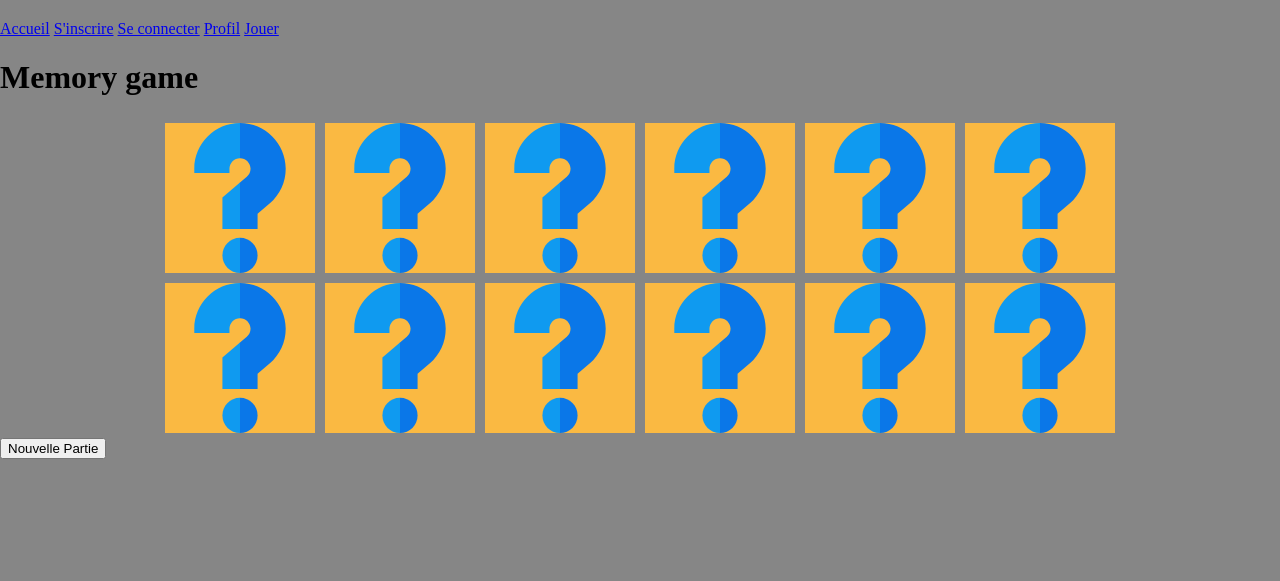
Repository: Ludmilla06/memory-game
Page: game.html
An editor plug-in stored every save of this project. The page is shown before and after the next save, followed by the edit.
The browser window is 1280 px wide. The pictures show the whole page.

Above is the page before, as saved 2025-10-22 16:20:18.

After the next save:
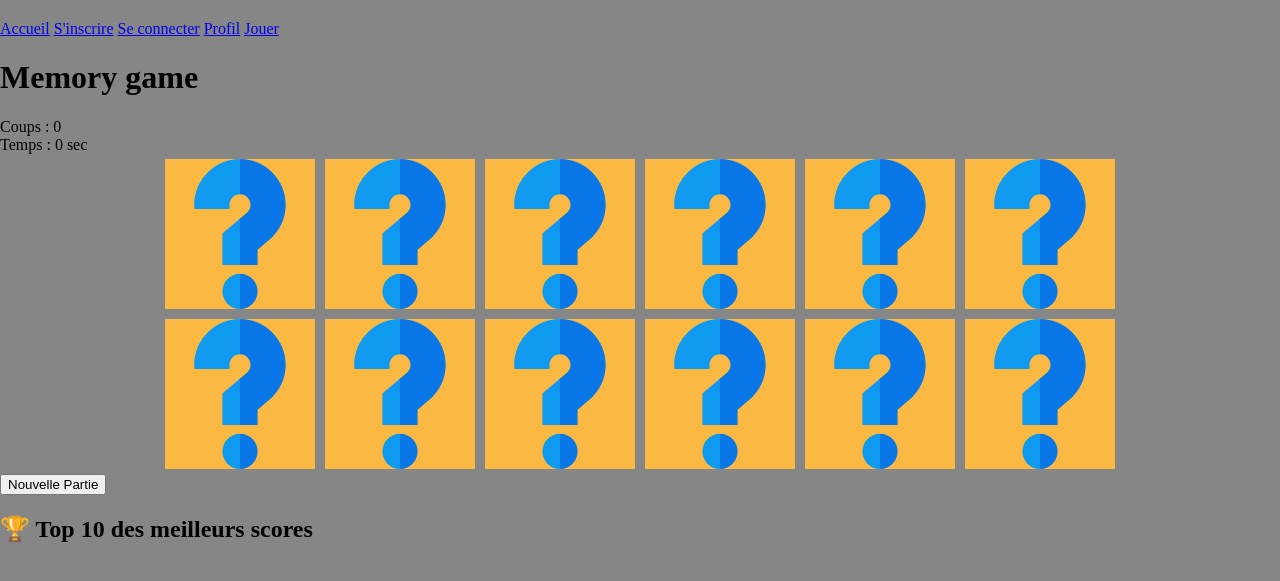
Saved 26 min 4 s later.
--- a/game.html
+++ b/game.html
@@ -17,10 +17,24 @@
       </div>
     </nav>
     <h1>Memory game</h1>
+     <!-- Zone d'informations de jeu -->
+    <div class="stats">
+      <div id="move-count">Coups : 0</div>
+      <div id="timer">Temps : 0 sec</div>
+    </div>
+
     <div id="game">
       <section class="grid"></section>
     </div>
+
     <button id="reset-btn">Nouvelle Partie</button>
+    <!-- Tableau des scores -->
+    <section class="leaderboard">
+      <h2>🏆 Top 10 des meilleurs scores</h2>
+      <ol id="score-list">
+        <!-- Les scores seront insérés ici en JavaScript -->
+      </ol>
+    </section>
     <script type="module" src="js/game.js"></script>
   </body>
 </html>
